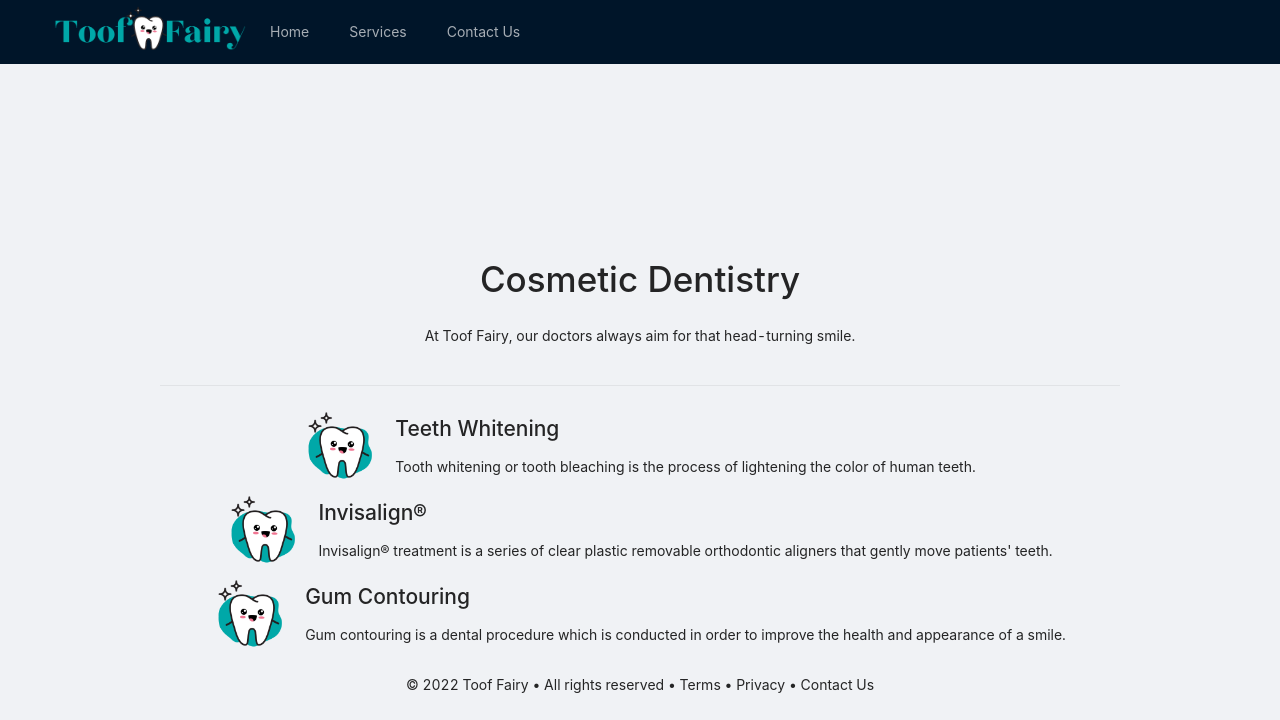
Repository: neldad1/dentist-app
Page: /cosmetic
An editor plug-in stored every save of this project. The page is shown before and after the next save, followed by the edit.
The browser window is 1280 px wide. The pictures show the whole page.
The project was rebuilt for these pictures with package versions that can differ from the ones it lists, and the page was loaded fresh each time. Also part of the build but not shown: src/components/Home.jsx, src/components/Contact.jsx, src/components/Services/Restorative.jsx, src/components/Services/Preventative.jsx.

Above is the page before, as saved 2022-03-09 22:43:11.

After the next save:
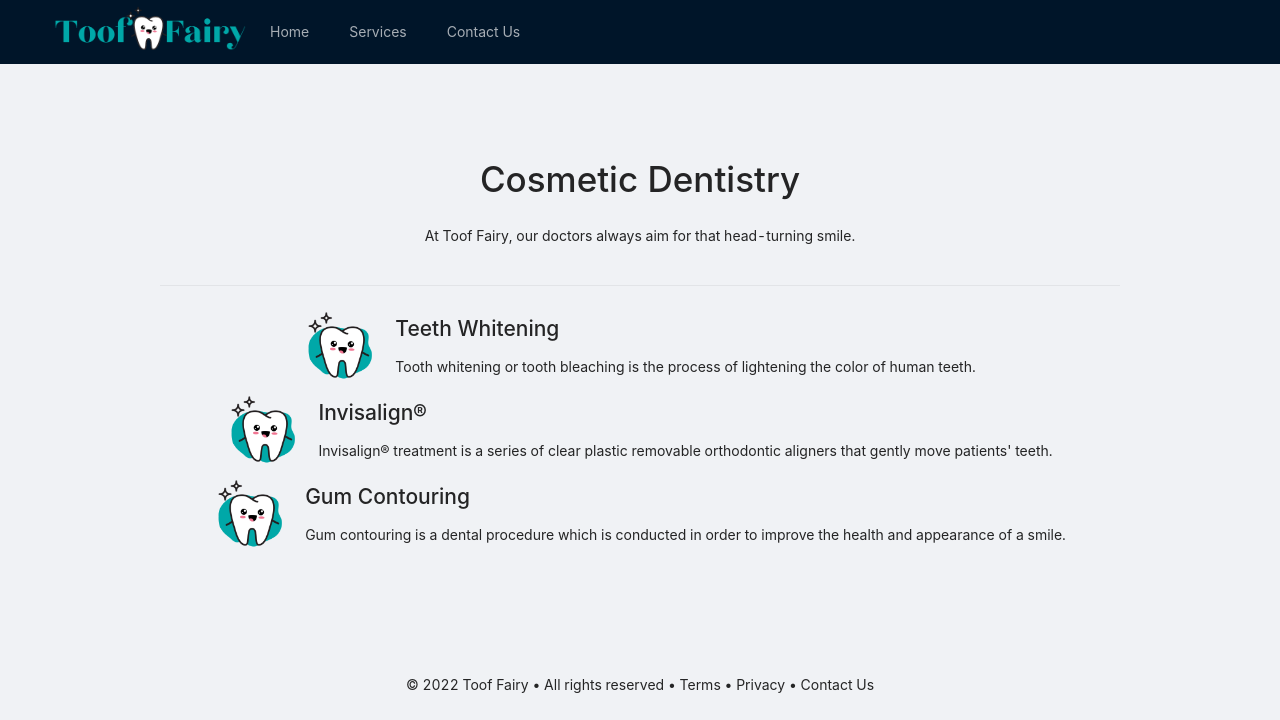
Saved 46 s later.
--- a/src/App.css
+++ b/src/App.css
@@ -62,7 +62,6 @@ h1 {
 
 .services {
   width: 75%;
-  margin-top: 200px;
   overflow-y: scroll;
 }
 
